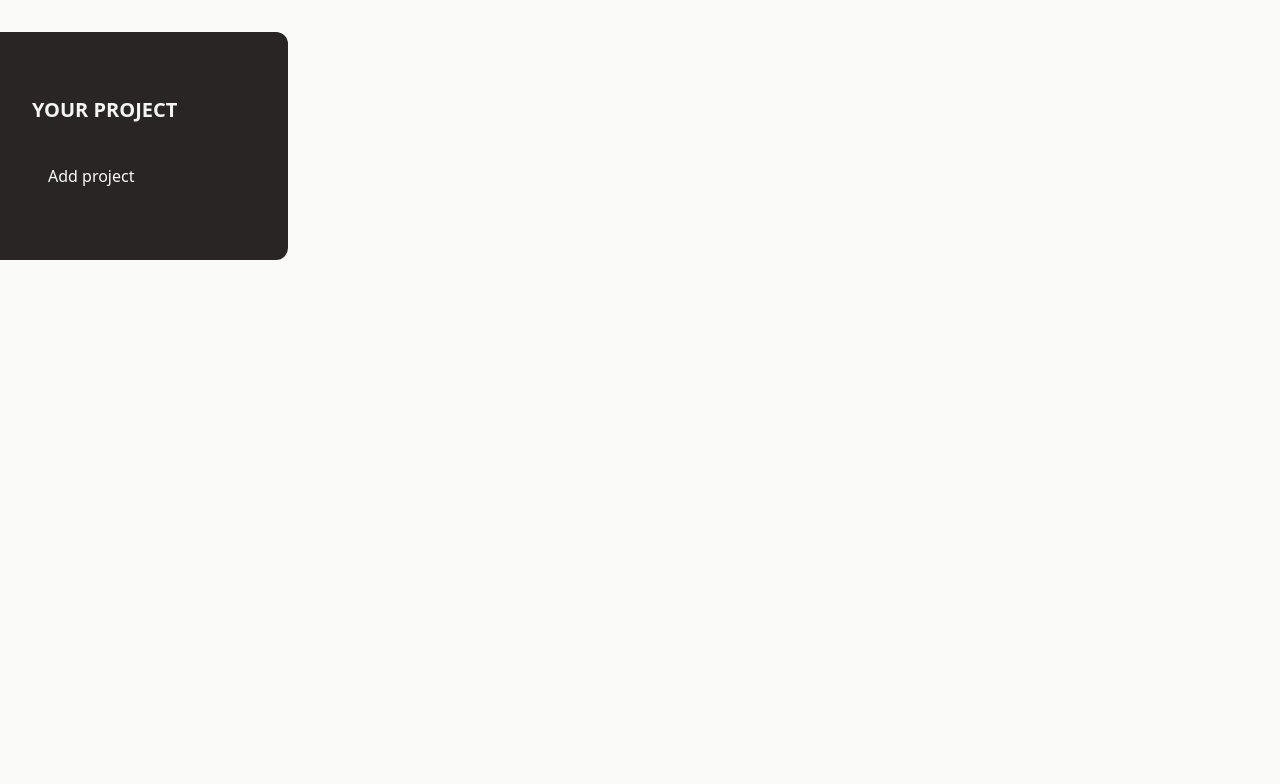
Repository: sibi24sibi/todo-list-using-reactjs
Page: /
An editor plug-in stored every save of this project. The page is shown before and after the next save, followed by the edit.
The browser window is 1280 px wide. The pictures show the whole page.
The project was rebuilt for these pictures with package versions that can differ from the ones it lists, and the page was loaded fresh each time. Also part of the build but not shown: vite.config.js.

Above is the page before, as saved 2024-06-24 11:44:47.

### src/App.jsx
import SideBar from "./assets/Components/SideBar/SideBar";

function App() {
  return (
    <>
      <main className="h-screen my-8">
        <SideBar />
      </main>
    </>
  );
}

export default App;

### src/assets/Components/SideBar/SideBar.jsx
export default function SideBar() {
  return (
    <aside className="w-1/3  px-8 py-16 bg-stone-800 text-stone-50 md:w-72 rounded-r-xl">
      <h2 className="mb-8 font-bold uppercase md:text-xl text-stone-100">
        your project
      </h2>
      <div>
        <button className="px-4 py-2 md:text-base">Add project</button>
      </div>
      <ul></ul>
    </aside>
  );
}

Loaded but not shown: index.html (common file); src/main.jsx (common file); src/index.css (common file); tailwind.config.js (common file)

After the next save:
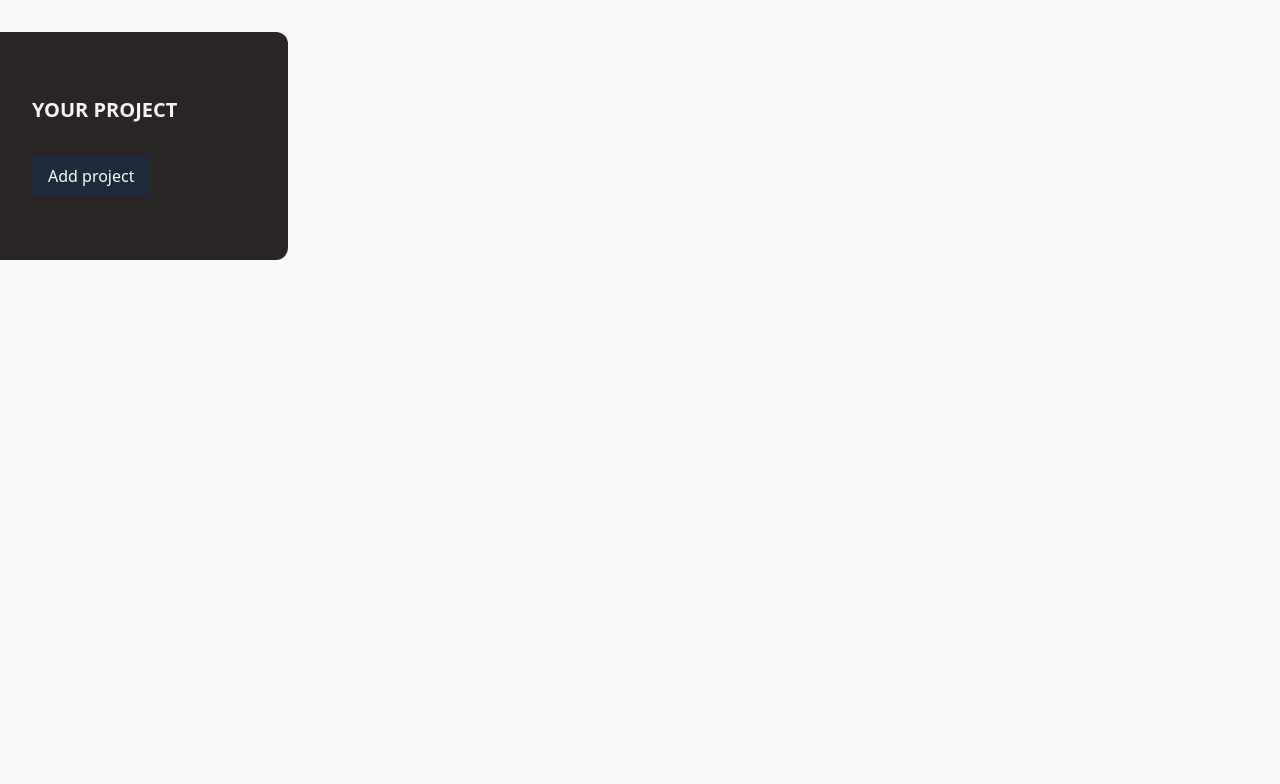
Saved 33 s later.
--- a/src/assets/Components/SideBar/SideBar.jsx
+++ b/src/assets/Components/SideBar/SideBar.jsx
@@ -5,7 +5,9 @@ export default function SideBar() {
         your project
       </h2>
       <div>
-        <button className="px-4 py-2 md:text-base">Add project</button>
+        <button className="px-4 py-2 md:text-base bg-slate-800 hover:bg-slate-400">
+          Add project
+        </button>
       </div>
       <ul></ul>
     </aside>
